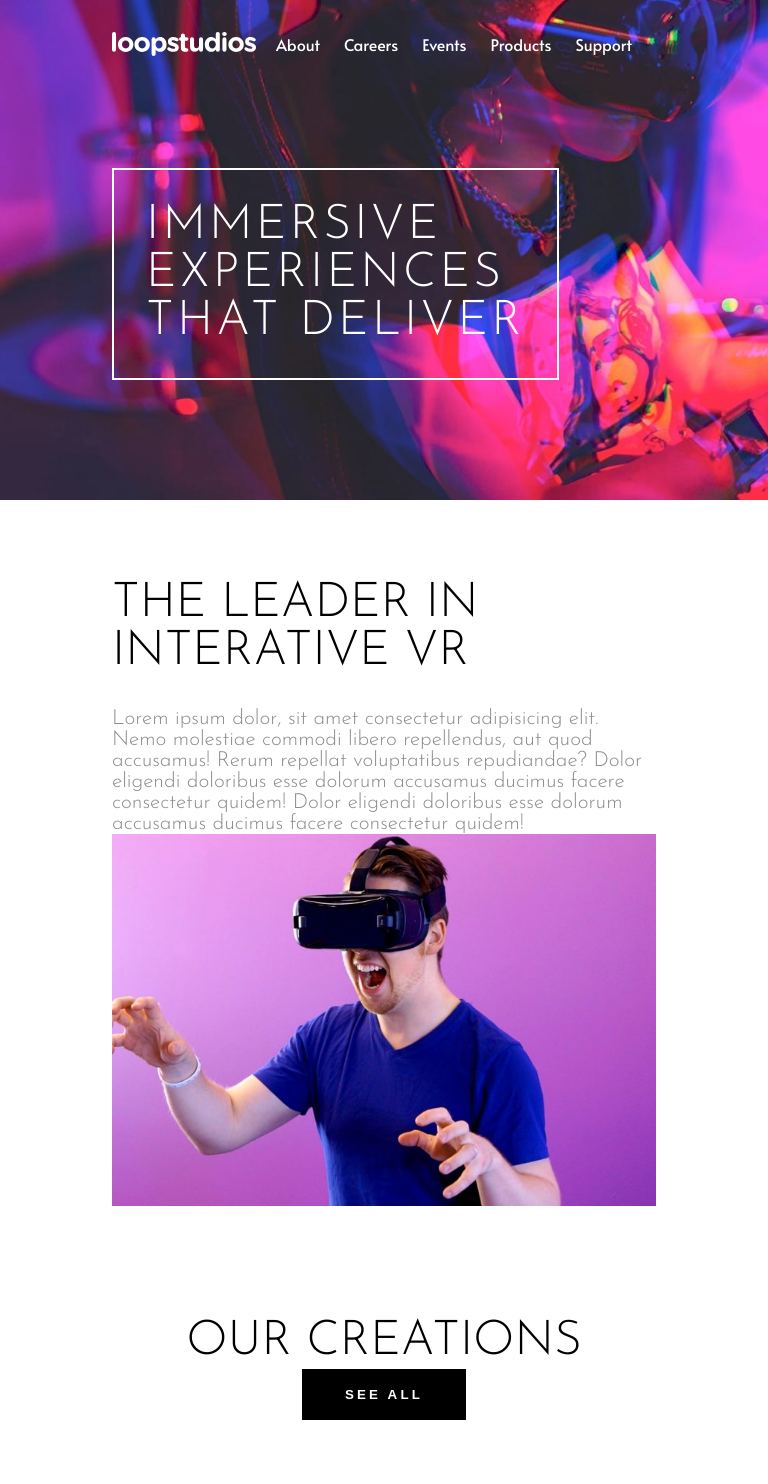
Repository: gligor99/loopstudios-fm
Page: /
An editor plug-in stored every save of this project. The page is shown before and after the next save, followed by the edit.
The browser window is 768 px wide. The pictures show the part of the page from y = 0 to 1484 px (the page is 6247 px tall before and 6252 px after).
Pictures or frames that could not be fetched are drawn as grey boxes. Backgrounds fixed to the window are drawn as part of the page. The project was rebuilt for these pictures with package versions that can differ from the ones it lists, and the page was loaded fresh each time.

Above is the page before, as saved 2021-11-28 22:27:29.

After the next save:
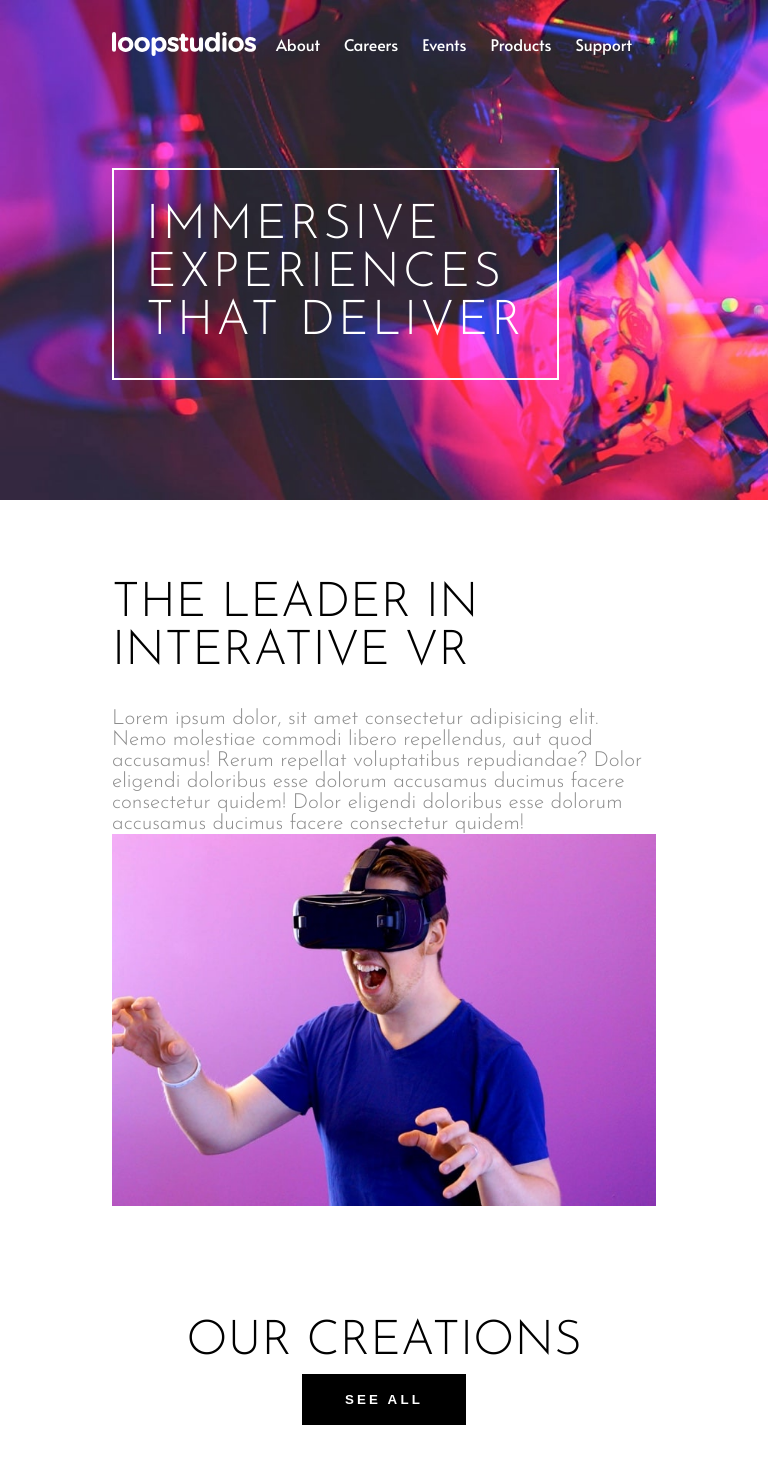
Saved 5 s later.
--- a/src/components/Creations/creations.css
+++ b/src/components/Creations/creations.css
@@ -47,7 +47,7 @@
     align-items: center;
   }
   .creation-title {
-    padding-bottom: 0.2rem;
+    padding-bottom: 0.5rem;
   }
   .creation-btn {
     padding: 1rem;
